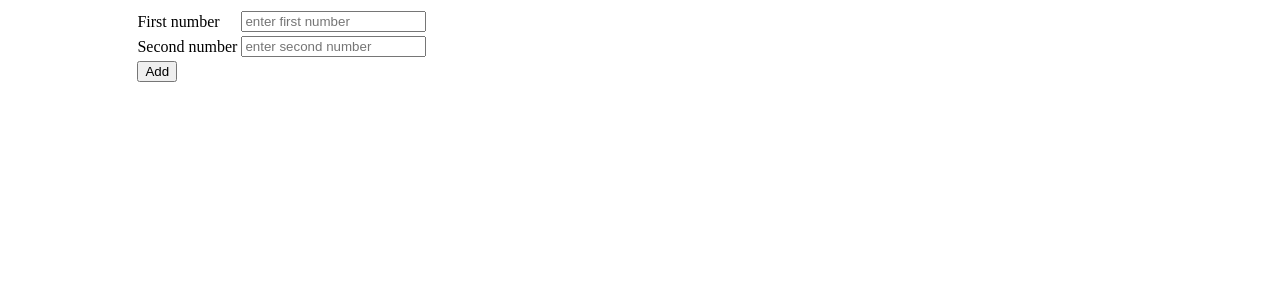
Repository: vima107/JDBC-CRUD-OPERATIONS
Page: addition/src/main/webapp/index.html
The author's editor kept a copy of each file at every save. The page is drawn from the files as they stood at one save, then again after the next save.
The browser window is 1280 px wide. The pictures show the whole page.

Above is the page before, as saved 2024-10-09 10:42:53.

### addition/src/main/webapp/index.html
<!DOCTYPE html>
<html>
<head>
<meta charset="UTF-8">
<title>Insert title here</title>
</head>
<body>

	<table style="margin-left:10%">
	<form action="/addition/Add">
		<tr>
			<td>First number</td>
			<td><input type="text" name="firstNumber" placeholder="enter first number"></td>
		</tr>
		<tr>
			<td>Second number</td>
			<td><input type="text" name="secondNumber" placeholder="enter second number"></td>
		</tr>
		<tr>
			<td><input type="submit" value="Add"></td>
		</tr>
	</form>
	</table>
</body>
</html>

After the next save:
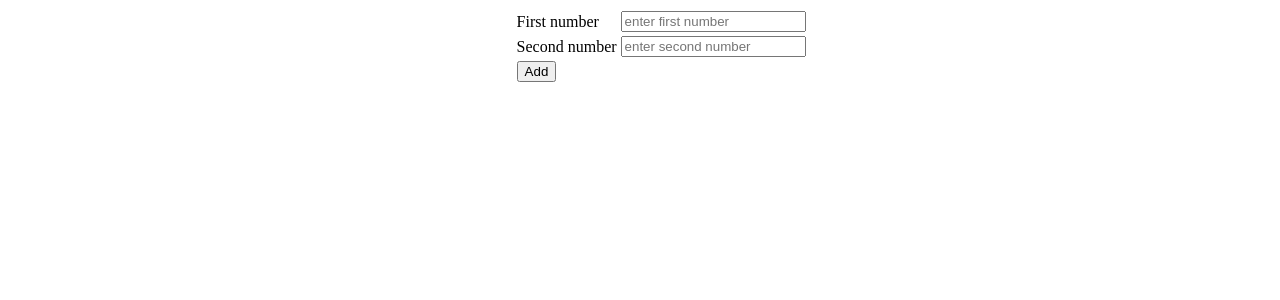
Saved 5 s later.
--- a/addition/src/main/webapp/index.html
+++ b/addition/src/main/webapp/index.html
@@ -6,7 +6,7 @@
 </head>
 <body>
 
-	<table style="margin-left:10%">
+	<table style="margin-left:40%">
 	<form action="/addition/Add">
 		<tr>
 			<td>First number</td>
